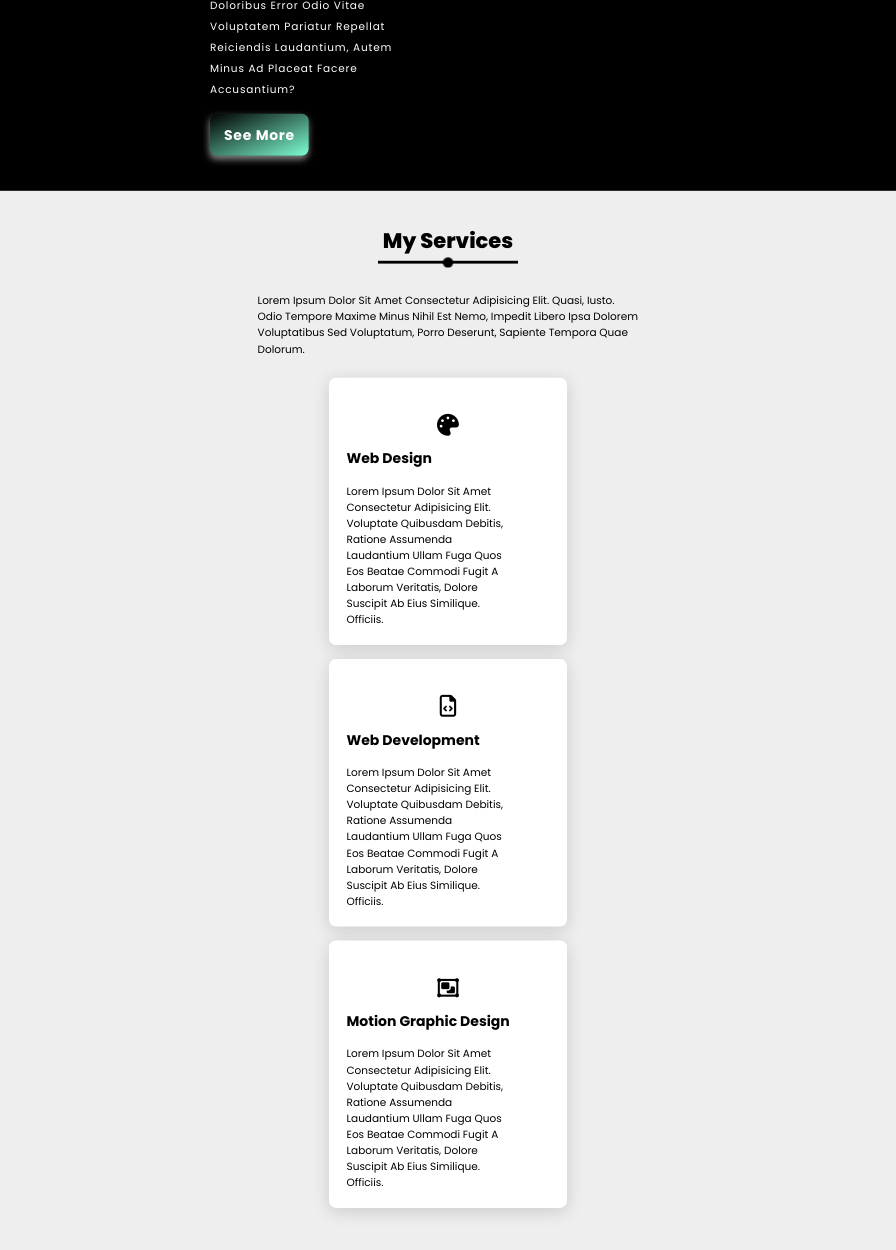
Repository: Pinocoding/New
Page: index.html
The author's editor kept a copy of each file at every save. The page is drawn from the files as they stood at one save, then again after the next save.
The browser window is 1280 px wide. The pictures show the part of the page from y = 2222 to 4142 px (the page is 4007 px tall before and 4142 px after), at 70% of full size.
Backgrounds fixed to the window are drawn as part of the page.

Above is the page before, as saved 2021-10-13 23:22:31.

### index.html
<!DOCTYPE html>
<html lang="en">
<head>
  <meta charset="UTF-8">
  <meta http-equiv="X-UA-Compatible" content="IE=edge">
  <meta name="viewport" content="width=device-width, initial-scale=1.0">
  <title>Document</title>
  <link rel="stylesheet" href="style.css">
  <link rel="stylesheet" href="https://cdnjs.cloudflare.com/ajax/libs/font-awesome/6.0.0-beta2/css/all.min.css" integrity="sha512-YWzhKL2whUzgiheMoBFwW8CKV4qpHQAEuvilg9FAn5VJUDwKZZxkJNuGM4XkWuk94WCrrwslk8yWNGmY1EduTA==" crossorigin="anonymous" referrerpolicy="no-referrer" />


</head>
<body>
  <!-- header -->
  <header>
    <a href="#main" class="brand">Pino</a>
    <div class="navigation">
        <a href="#main">home</a>
        <a href="#about">About</a>
        <a href="#skills">Skills</a>
        <a href="#services">Services</a>
        <a href="#contact">Contact</a>
    </div>
  </header>
  <!--  -->
  <!-- section main  -->
  <section class="main">
    <div class="layout"></div>
    <div class="content">
    <h2>hello, I'm<br><span>Pino-code</span></h2>
    <div class="animated-text">
      <h3>FE developer</h3>
      <h3>Best Yasuo TT 7</h3>
      <h3>Best NoVo CS GO</h3>
    </div>
    <a href="#about" class="btn">see my work</a>
    <div class="media-icon">
      <a href="#"><i class="fab fa-facebook-square"></i></a>
      <a href="#"><i class="fab fa-instagram-square"></i></a>
      <a href="#"><i class="fab fa-twitter-square"></i></a>
      <a href="#"><i class="fab fa-youtube-square"></i></a>
    </div>
  </div>

  </section>
  <!--  -->
  <!-- section about -->
  <section class="about" id="about">
    <!-- title -->
    <div class="title">
      <h2 class="section-title">
        about me
      </h2>
    </div>
    <!--  -->
    <!-- content -->
    <div class="content">
      <div class="column col-left">
        <div class="img-card">
          <img src="/img/002.jpg" alt="">
        </div>
      </div>
      <div class="column col-right">
        <h2 class="content-title">Hey there! i'm pino-code</h2>
        <p>Lorem ipsum dolor sit amet, consectetur adipisicing elit. Necessitatibus ullam sequi nihil eum magni ut nesciunt architecto assumenda dignissimos velit. Impedit est quia deserunt, iusto eius nostrum tenetur illum cumque?
          Lorem ipsum dolor sit amet, consectetur adipisicing elit. Necessitatibus ullam sequi nihil eum magni ut nesciunt architecto assumenda dignissimos velit. Impedit est quia deserunt, iusto eius nostrum tenetur illum cumque?
          <br>
          <br>
          Lorem ipsum dolor sit amet, consectetur adipisicing elit. Necessitatibus ullam sequi nihil eum magni ut nesciunt architecto assumenda dignissimos velit. Impedit est quia deserunt, iusto eius nostrum tenetur illum cumque?
        </p>
        <a href="#about" class="btn">See more</a>
      </div>
    </div>
      <!--  -->


    </section>
    <!--  -->
    <!-- section skills -->
    <section class="skills" id="skills">
      <div class="title">
        <h2 class="section-title">
          my skills
        </h2>
      </div>
      <div class="content">
        <div class="column col-left">
          <h2 class="content-title">
            my skills and experiences</h2>
            <p>Lorem ipsum dolor sit amet, consectetur adipisicing elit. Ut amet doloremque ratione quam quos dolores nesciunt nam eaque esse cum obcaecati voluptas unde, magnam mollitia ducimus libero! Ducimus, fugiat recusandae.<br>
            Lorem ipsum dolor sit amet consectetur, adipisicing elit. Voluptas quia expedita omnis perspiciatis, similique voluptates doloribus error odio vitae voluptatem pariatur repellat reiciendis laudantium, autem minus ad placeat facere accusantium?</be></p>
            <a href="#" class="btn">see more</a>
        </div>

      <div class="column col-right">
        <div class="bar">
          <div class="infor">
            <span>html</span>
            <span>50%</span>
          </div>
          <div class="line html"></div>
        </div>
        <div class="bar">
          <div class="infor">
            <span>css</span>
            <span>70%</span>
          </div>
          <div class="line css"></div>
        </div>
        <div class="bar">
          <div class="infor">
            <span>javascript</span>
            <span>20%</span>
          </div>
          <div class="line javascript"></div>
        </div>
        <div class="bar">
          <div class="infor">
            <span>jquery</span>
            <span>20%</span>
          </div>
          <div class="line jquery"></div>
        </div>
      </div>

      </div>
    </section>
    <!--  -->
    <!-- section services -->
<section class="services" id="services">
  <div class="title">
    <h2 class="section-title">
      my services
    </h2>
    <p>Lorem ipsum dolor sit amet consectetur adipisicing elit. Quasi, iusto. Odio tempore maxime minus nihil est nemo, impedit libero ipsa dolorem voluptatibus sed voluptatum, porro deserunt, sapiente tempora quae dolorum.</p>

  <div class="content">
    <div class="card">
      <div class="service-icon">
        <i class='fas fa-palette'></i>
      </div>
      <div class="infor">
        <h3>web design</h3>
        <p>Lorem ipsum dolor sit amet consectetur adipisicing elit. Voluptate quibusdam debitis, ratione assumenda laudantium ullam fuga quos eos beatae commodi fugit a laborum veritatis, dolore suscipit ab eius similique. Officiis.</p>
      </div>

    </div>
    <div class="card">
      <div class="service-icon">
        <i class='far fa-file-code'></i>
      </div>
      <div class="infor">
        <h3>web development</h3>
        <p>Lorem ipsum dolor sit amet consectetur adipisicing elit. Voluptate quibusdam debitis, ratione assumenda laudantium ullam fuga quos eos beatae commodi fugit a laborum veritatis, dolore suscipit ab eius similique. Officiis.</p>
      </div>

    </div>
    <div class="card">
      <div class="service-icon">
        <i class='far fa-object-group'></i>
      </div>
      <div class="infor">
        <h3>motion graphic design</h3>
        <p>Lorem ipsum dolor sit amet consectetur adipisicing elit. Voluptate quibusdam debitis, ratione assumenda laudantium ullam fuga quos eos beatae commodi fugit a laborum veritatis, dolore suscipit ab eius similique. Officiis.</p>
      </div>
    </div>
    </div>
  </div>


</section>
<!--  -->

  <script
  src="https://code.jquery.com/jquery-3.6.0.js"
  integrity="sha256-H+K7U5CnXl1h5ywQfKtSj8PCmoN9aaq30gDh27Xc0jk="
  crossorigin="anonymous"></script>
  <script src="function.js"></script>
</body>
</html>

### style.css
@import url("https://fonts.googleapis.com/css2?family=Poppins:wght@300;400;500;700;800&display=swap");
* {
  font-size: 62.5%;
  font-family: "Poppins", sans-serif;
  margin: 0;
  padding: 0;
  box-sizing: border-box;
  text-transform: capitalize;
}
body {
  min-height: 110vh;
  background: #eee;
}
/* for header */
header {
  position: fixed;
  z-index: 99;
  background: rgb(0, 0, 0);
  top: 0;
  left: 0;
  width: 100%;
  padding: 2rem 5rem;
  display: flex;
  justify-content: space-between;
  align-items: center;
}
/* hover navigation */
header .navigation a:hover {
  color: aquamarine;
}
/*header sticky */
header.sticky {
  background: rgba(0, 0, 0, 0.26);
}
/*  */
header .brand {
  text-decoration: none;
  font-size: 2rem;
  color: white;
}
header .navigation a {
  font-size: 1.5rem;
  text-decoration: none;
  color: white;
  padding: 0 1rem;
}
/*  */
section {
  padding: 5rem 30rem;
}
/* for banner */
.main {
  position: relative;
  width: 100%;
  min-height: 100vh;
  display: flex;
  align-items: center;
  background: url("/img/0.jpg") no-repeat;
  background-size: cover;
  background-position: center;
  background-attachment: fixed;
  z-index: 1;
}
.main .layout {
  position: absolute;
  top: 0;
  left: 0;
  width: 100%;
  height: 100%;
  background: black;
  opacity: 0.3;
  z-index: -1;
}
.main .content {
  max-width: 100rem;
}
.main .content h2 {
  margin-bottom: 5rem;
  color: white;
  font-size: 2rem;
  font-weight: 500;
  line-height: 5rem;
}
.main .content h2 span {
  font-size: 3rem;
}

.animated-text {
  position: relative;
  height: 6rem;
  overflow: hidden;
}
.animated-text h3 {
  color: aquamarine;
  font-size: 4rem;
  font-weight: 700;
  line-height: 60px;
  letter-spacing: 1px;
}
/* animated text for h3 */
.animated-text h3:nth-child(1) {
  animation: text-move 7s infinite;
}
@keyframes text-move {
  0% {
    margin-top: 0;
  }
  25% {
    margin-top: -60px;
  }
  50% {
    margin-top: -120px;
  }
  100% {
    margin-top: 0;
  }
}
/*  */
.main .btn {
  margin-top: 10rem;
  color: white;
  background: linear-gradient(to top left, aquamarine, transparent);
  font-size: 2rem;
  font-weight: 700;
  display: inline-block;
  padding: 10px 10px;
  text-decoration: uppercase;
  text-decoration: none;
  letter-spacing: 1px;
  border-radius: 10px;
  box-shadow: -1px 5px 10px #888888;
  transition: 0.5s ease;
}
.btn:hover {
  transform: scale(1.1);
}

.media-icon {
  margin-top: 10rem;
}
.media-icon a {
  color: white;
  font-size: 5rem;
  margin-right: 1rem;
  transition-property: transform, color;
  transition: 0.2s;
}
.media-icon a:hover i {
  color: aquamarine;
  transform: translateY(-2px);
  transition: 0.2s;
}
/*  */
/* for section about  */
.title {
  width: 100%;
  display: flex;
  justify-content: center;
  align-items: center;
  flex-direction: column;
}
/* gach dưới , chấm */
.section-title {
  text-transform: capitalize;
  position: relative;
  color: black;
  font-size: 3rem;
  font-weight: 800;
  margin-bottom: 5rem;
}
.section-title:after {
  content: "";
  position: absolute;
  top: 50px;
  left: 50%;
  width: 20rem;
  height: 4px;
  transform: translateX(-50%);
  background: currentColor;
}
.section-title::before {
  content: "";
  position: absolute;
  top: 45px;
  left: 50%;
  /* padding: 2rem 2rem; */
  width: 15px;
  height: 15px;
  border-radius: 50%;
  background: black;
  /* background: #eee; */
  z-index: 99;
  transform: translate(-50%);
}

/*  */
/*  content */
.about .content {
  position: relative;
  width: 100%;
  display: flex;
  justify-content: space-between;
  margin-top: 2rem;
}
/* content > col-left */
.about .content .col-left {
  position: relative;
  width: 45%;
}
.about .content .col-left .img-card {
  position: relative;
  width: 100%;
  min-height: 45rem;
}
.about .content .col-left .img-card img {
  position: absolute;
  top: 0;
  left: 0;
  width: 100%;
  height: 100%;
  object-fit: cover;
  border-radius: 10px;
}
/* content > col-right */
.about .content .col-right {
  width: 50%;
  position: relative;
}
.content-title {
  font-size: 3rem;
  margin-bottom: 2rem;
}
.about .content .col-right p {
  font-size: 1.5rem;
}
.column .btn {
  margin-top: 9rem;
  color: black;
  background: linear-gradient(to top left, aquamarine, transparent);
  font-size: 2rem;
  font-weight: 700;
  display: inline-block;
  padding: 15px 20px;
  text-decoration: uppercase;
  text-decoration: none;
  letter-spacing: 1px;
  border-radius: 10px;
  box-shadow: -1px 5px 10px #888888;
  transition: 0.5s ease;
}
.btn:hover {
  transform: scale(1.1);
}
/*  */
/* skills */
.skills {
  background: black;
}
.skills .section-title {
  color: white;
}

.skills .section-title::before {
  background: currentColor;
}
.skills .content {
  position: relative;
  width: 100%;
  display: flex;
  justify-content: space-between;
  color: white;
  margin-top: 2rem;
}
/* skills => col-left */
.skills .content .col-left {
  position: relative;
  width: 46%;
}
/*  */
/* skills => col-right */
.skills .content .col-right {
  position: relative;
  width: 46%;
}
.skills .content .col-right .bar {
  margin-bottom: 15px;
  padding: 10px;
}
.skills .content .col-right .bar .infor {
  display: flex;
  align-items: center;
  justify-content: space-between;
  margin-bottom: 2rem;
}

.skills .content .col-right .bar .infor span {
  font-size: 2rem;
}
/* thanh % */
.skills .content .col-right .bar .line {
  position: relative;
  width: 100%;
  height: 15px;
  border-radius: 5px;
  background: white;
}
.skills .content .col-right .bar .line::before {
  content: "";
  position: absolute;
  top: 0;
  left: 0;

  height: 100%;
  /* background-color: rgb(42, 40, 136); */
  border-radius: 5px;
}
.skills .content .col-right .bar .html::before {
  width: 50%;
  background: #e45126;
}
.skills .content .col-right .bar .css::before {
  width: 70%;
  background-color: chartreuse;
}
.skills .content .col-right .bar .javascript::before {
  width: 20%;
  background-color: rgb(0, 60, 255);
}
.skills .content .col-right .bar .jquery::before {
  width: 20%;
  background-color: rgb(0, 38, 255);
}

/*  */
.skills p {
  font-size: 1.5rem;
  line-height: 3rem;
  letter-spacing: 1.2px;
}
.skills .content .btn {
  margin-top: 2rem;
  color: white;

  background: linear-gradient(to top left, aquamarine, transparent);
  font-size: 2rem;
  font-weight: 700;
  display: inline-block;
  padding: 15px 20px;
  text-decoration: uppercase;

  letter-spacing: 1px;
  border-radius: 10px;

  transition: 0.5s ease;
}
.btn:hover {
  transform: scale(1.1);
}
/*  */
/* for services */
.services .content {
  display: flex;
  justify-content: center;
  flex-wrap: wrap;
  flex-direction: row;
  margin-top: 20px;
}
.title p {
  font-size: 1.5rem;
  width: 80%;
}
.title h3 {
  font-size: 2rem;
  margin-bottom: 2rem;
}
.services .content .card {
  background-color: white;
  width: 34rem;
  margin: 10px;
  padding: 25px;
  justify-content: center;
  align-items: center;
  flex-direction: column;
  box-shadow: 0 5px 25px rgba(1 1 1 /15%);
  border-radius: 10px;
}
.services .content .card .service-icon {
  font-size: 5rem;
  text-align: center;
}
/*  */

### function.js
// js for navication bar on scroll
window.addEventListener("scroll", function () {
  const header = document.querySelector("header");
  header.classList.toggle("sticky", window.scrollY > 0);
});

After the next save:
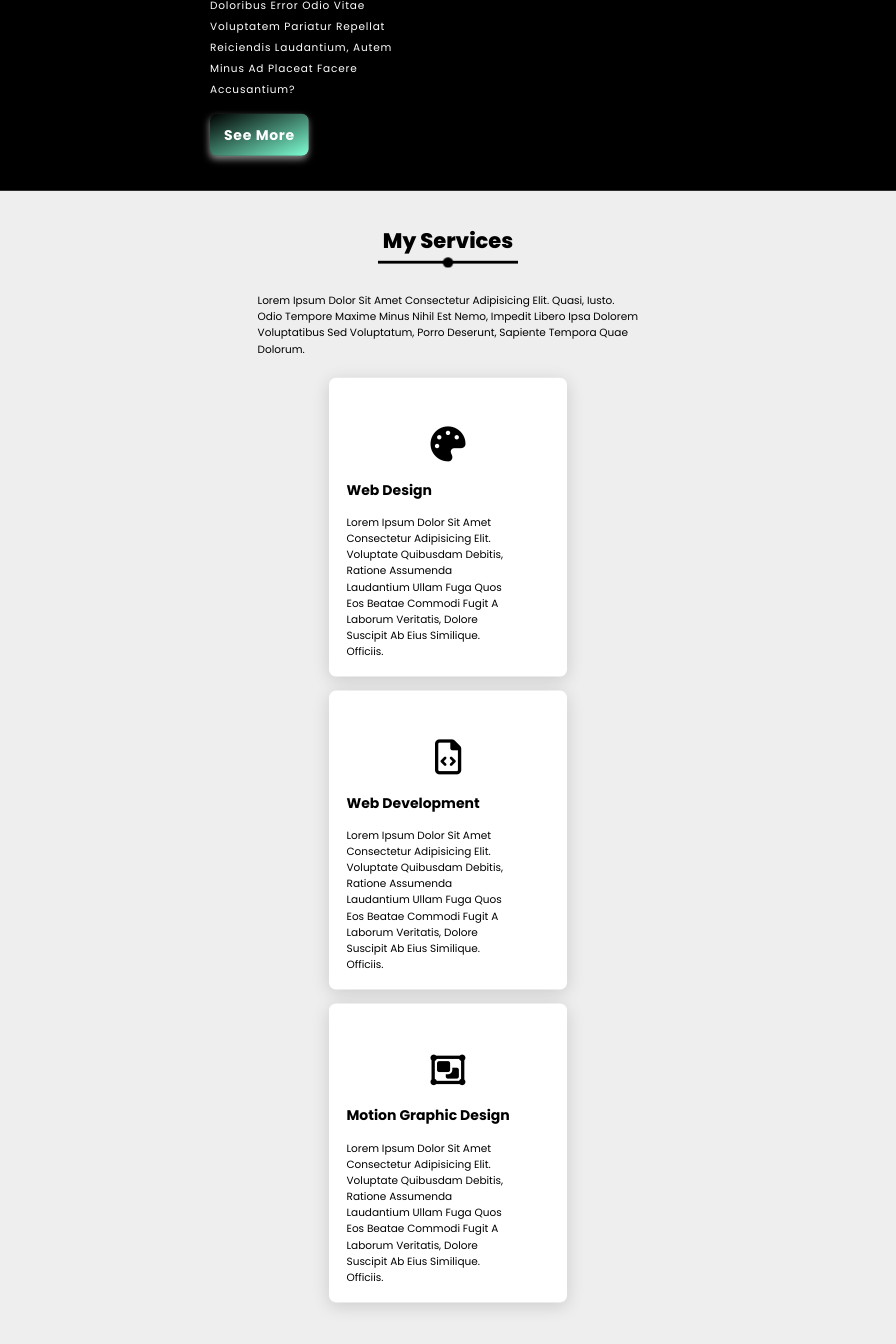
Saved 5 s later.
--- a/style.css
+++ b/style.css
@@ -385,7 +385,7 @@ section {
   border-radius: 10px;
 }
 .services .content .card .service-icon {
-  font-size: 5rem;
+  font-size: 8rem;
   text-align: center;
 }
 /*  */
